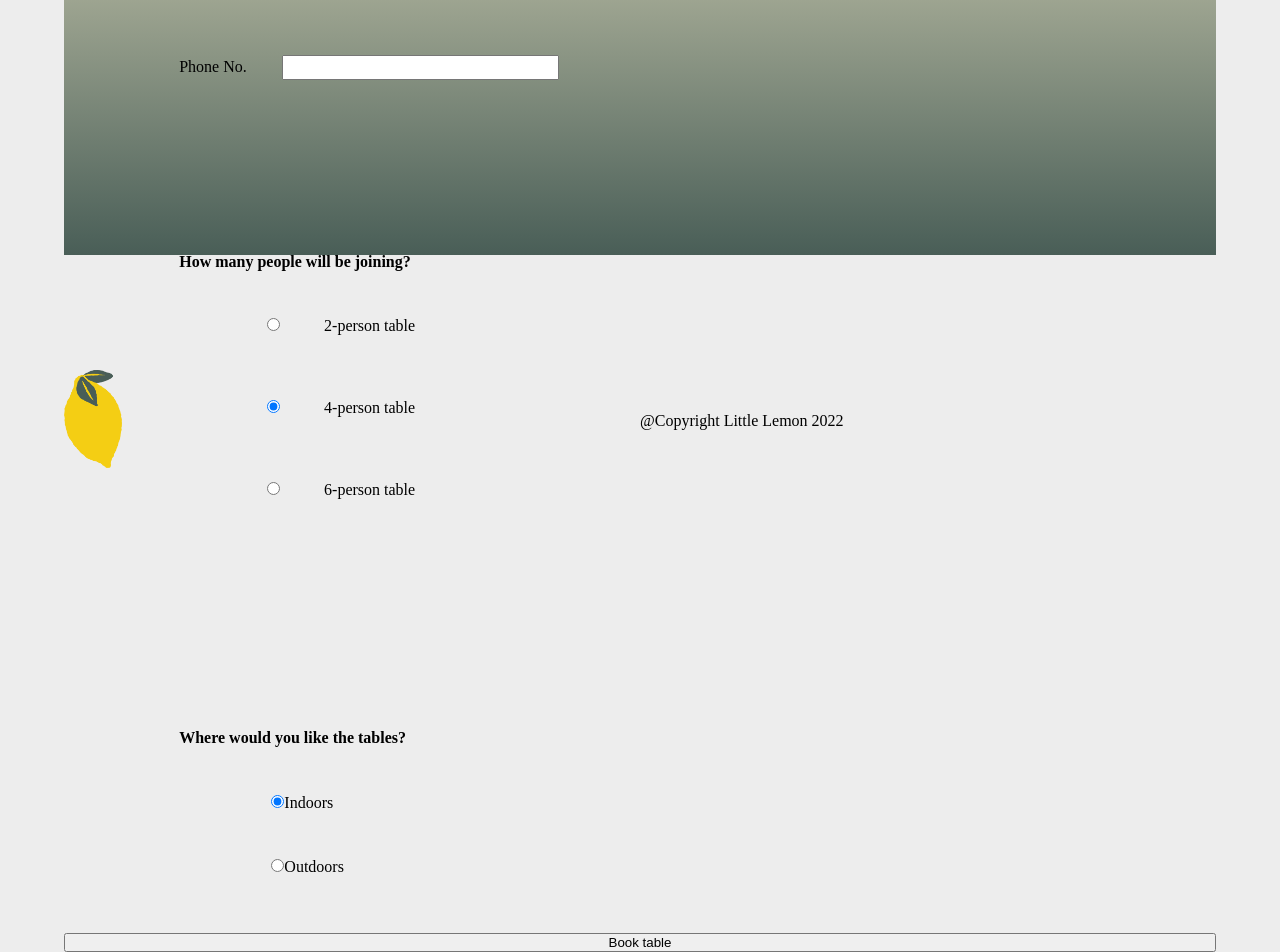
Repository: klone007/littleLemon
Page: index.html
An editor plug-in stored every save of this project. The page is shown before and after the next save, followed by the edit.
The browser window is 1280 px wide. The pictures show the part of the page from y = 3712 to 4664 px (the page is 4664 px tall).
A picture or video elsewhere on the page could not be fetched, so the positions and the page height are approximate. Backgrounds fixed to the window are drawn as part of the page.

Above is the page before, as saved 2022-11-17 13:45:00.

After the next save:
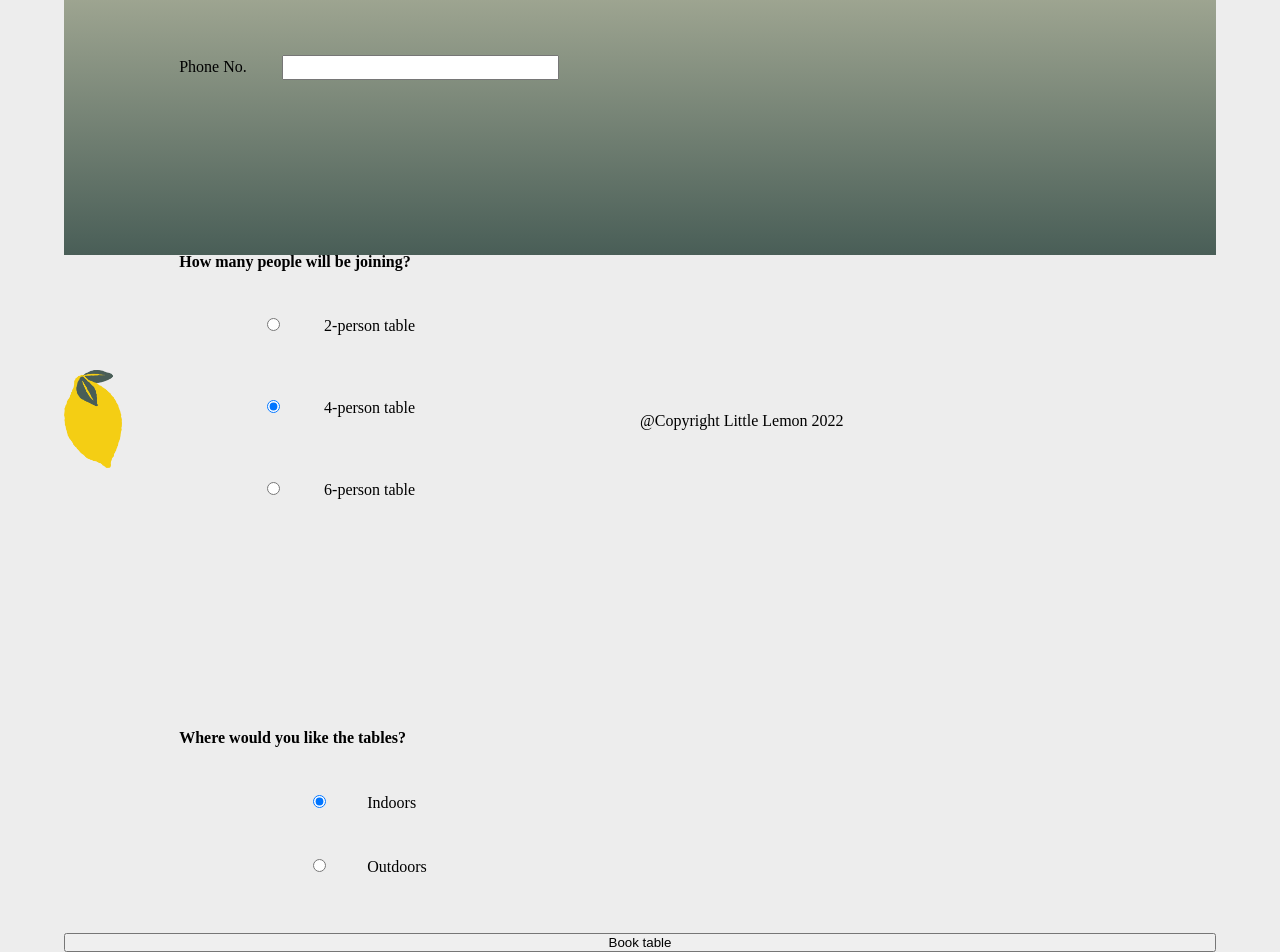
Saved 25 s later.
--- a/styles.css
+++ b/styles.css
@@ -544,5 +544,5 @@
 }
 
 input[name=location]{
-    padding: 5rem;
-}
+    margin:0 5%;
+}
